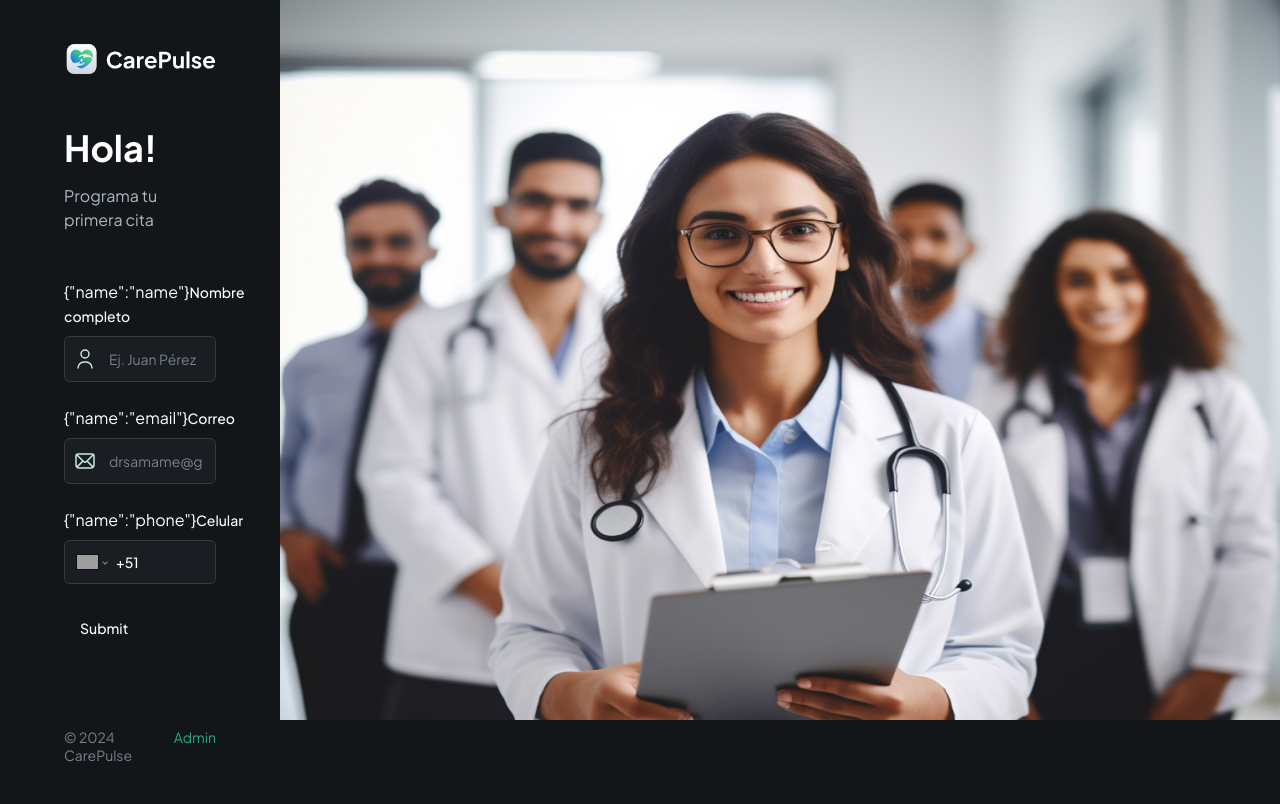
Repository: drsamame/healtcare
Page: /
These files come from the project's save history. The page is drawn as it stood at one moment and after the next save; the edit follows.
The browser window is 1280 px wide. The pictures show the whole page.
Pictures or frames that could not be fetched are drawn as grey boxes. The project was rebuilt for these pictures with package versions that can differ from the ones it lists, and the page was loaded fresh each time. The framework's server and built-in components were replaced by stand-ins that run in the browser. Also part of the build but not shown: next.config.mjs.

Above is the page before, as saved 2024-07-09 17:06:45.

### app/layout.tsx
import type { Metadata } from 'next';
import { Plus_Jakarta_Sans } from 'next/font/google';
import { ThemeProvider } from "@/components/ui/theme-provider"
import './globals.css';

import { cn } from '@/lib/utils';

const fontSans = Plus_Jakarta_Sans({
	subsets: ['latin'],
	weight: ['300', '400', '500', '600', '700'],
	variable: '--font-sans',
});

export const metadata: Metadata = {
	title: 'CarePulse',
	description: 'Un sistema de cuidado de la salud en tiempo real',
};

export default function RootLayout({
	children,
}: Readonly<{
	children: React.ReactNode;
}>) {
	return (
		<html lang="es" suppressHydrationWarning>
			<body
				className={cn(
					'min-h-screen bg-dark-300 font-sans antialiased',
					fontSans.variable
				)}
			>
				<ThemeProvider
					attribute="class"
					defaultTheme="dark"
					enableSystem
					disableTransitionOnChange
				>
					{children}
				</ThemeProvider>
			</body>
		</html>
	);
}

### app/page.tsx
import PatientForm from '@/components/forms/PatientForm';
import Image from 'next/image';
import Link from 'next/link';

export default function Home() {
	return (
		<div className="flex h-screen max-h-screen">
			<section className="remove-scrollbar container my-auto">
				<div className="sub-container max-w-[496px]">
					<Image
						alt="patient"
						src="/assets/icons/logo-full.svg"
						height={1000}
						width={1000}
						className="mb-12 h-10 w-fit"
					></Image>
					<PatientForm />
					<div className="text-14-regular mt-20 flex justify-between">
						<p className="justify-items-end text-dark-600 xl:text-left">
							© 2024 CarePulse{' '}
						</p>
						<Link href="/?admin=true" className="text-green-500">
							Admin
						</Link>
					</div>
				</div>
			</section>

			<Image
				src="/assets/images/onboarding-img.png"
				width={1000}
				height={1000}
				alt="patient"
			></Image>
		</div>
	);
}

### components/forms/PatientForm.tsx
'use client';
import { zodResolver } from '@hookform/resolvers/zod';
import { useForm } from 'react-hook-form';
import { z } from 'zod';
import { Form } from '@/components/ui/form';
import CustomFormField from '../CustomFormField';
import SubmitButton from '../SubmitButton';

export enum FormFieldType {
	INPUT = 'input',
	CHECKBOX = 'checkbox',
	TEXTAREA = 'textarea',
	PHONE = 'phone',
	DATEPICKER = 'datepicker',
	SELECT = 'select',
	SKELETON = 'skeleton',
}

const formSchema = z.object({
	username: z.string().min(2, {
		message: 'Username must be at least 2 characters.',
	}),
});

const PatientForm = () => {
	// 1. Define your form.
	const form = useForm<z.infer<typeof formSchema>>({
		resolver: zodResolver(formSchema),
		defaultValues: {
			username: '',
		},
	});

	// 2. Define a submit handler.
	function onSubmit(values: z.infer<typeof formSchema>) {
		console.log(values);
	}
	return (
		<Form {...form}>
			<form onSubmit={form.handleSubmit(onSubmit)} className="space-y-6 flex-1">
				<section className="mb-12 space-y-4">
					<h1 className="header">Hola!</h1>
					<p className="text-dark-700">Programa tu primera cita</p>
				</section>
				<CustomFormField
					fieldType={FormFieldType.INPUT}
					control={form.control}
					name="name"
					label="Nombre completo"
					placeholder="Ej. Juan Pérez"
					iconSrc="/assets/icons/user.svg"
					iconAlt="user"
				/>
				<CustomFormField
					fieldType={FormFieldType.INPUT}
					control={form.control}
					name="email"
					label="Correo"
					placeholder="drsamame@gmail.com"
					iconSrc="/assets/icons/email.svg"
					iconAlt="email"
				/>
				<CustomFormField
					fieldType={FormFieldType.PHONE}
					control={form.control}
					name="phone"
					label="Celular"
					placeholder="955061182"
					iconSrc="/assets/icons/email.svg"
					iconAlt="email"
				/>
				<SubmitButton />
			</form>
		</Form>
	);
};

export default PatientForm;

### components/ui/form.tsx
"use client"

import * as React from "react"
import * as LabelPrimitive from "@radix-ui/react-label"
import { Slot } from "@radix-ui/react-slot"
import {
  Controller,
  ControllerProps,
  FieldPath,
  FieldValues,
  FormProvider,
  useFormContext,
} from "react-hook-form"

import { cn } from "@/lib/utils"
import { Label } from "@/components/ui/label"

const Form = FormProvider

type FormFieldContextValue<
  TFieldValues extends FieldValues = FieldValues,
  TName extends FieldPath<TFieldValues> = FieldPath<TFieldValues>
> = {
  name: TName
}

const FormFieldContext = React.createContext<FormFieldContextValue>(
  {} as FormFieldContextValue
)

const FormField = <
  TFieldValues extends FieldValues = FieldValues,
  TName extends FieldPath<TFieldValues> = FieldPath<TFieldValues>
>({
  ...props
}: ControllerProps<TFieldValues, TName>) => {
  return (
    <FormFieldContext.Provider value={{ name: props.name }}>
      <Controller {...props} />
    </FormFieldContext.Provider>
  )
}

const useFormField = () => {
  const fieldContext = React.useContext(FormFieldContext)
  const itemContext = React.useContext(FormItemContext)
  const { getFieldState, formState } = useFormContext()

  const fieldState = getFieldState(fieldContext.name, formState)

  if (!fieldContext) {
    throw new Error("useFormField should be used within <FormField>")
  }

  const { id } = itemContext

  return {
    id,
    name: fieldContext.name,
    formItemId: `${id}-form-item`,
    formDescriptionId: `${id}-form-item-description`,
    formMessageId: `${id}-form-item-message`,
    ...fieldState,
  }
}

type FormItemContextValue = {
  id: string
}

const FormItemContext = React.createContext<FormItemContextValue>(
  {} as FormItemContextValue
)

const FormItem = React.forwardRef<
  HTMLDivElement,
  React.HTMLAttributes<HTMLDivElement>
>(({ className, ...props }, ref) => {
  const id = React.useId()

  return (
    <FormItemContext.Provider value={{ id }}>
      <div ref={ref} className={cn("space-y-2", className)} {...props} />
    </FormItemContext.Provider>
  )
})
FormItem.displayName = "FormItem"

const FormLabel = React.forwardRef<
  React.ElementRef<typeof LabelPrimitive.Root>,
  React.ComponentPropsWithoutRef<typeof LabelPrimitive.Root>
>(({ className, ...props }, ref) => {
  const { error, formItemId } = useFormField()

  return (
    <Label
      ref={ref}
      className={cn(error && "text-destructive", className)}
      htmlFor={formItemId}
      {...props}
    />
  )
})
FormLabel.displayName = "FormLabel"

const FormControl = React.forwardRef<
  React.ElementRef<typeof Slot>,
  React.ComponentPropsWithoutRef<typeof Slot>
>(({ ...props }, ref) => {
  const { error, formItemId, formDescriptionId, formMessageId } = useFormField()

  return (
    <Slot
      ref={ref}
      id={formItemId}
      aria-describedby={
        !error
          ? `${formDescriptionId}`
          : `${formDescriptionId} ${formMessageId}`
      }
      aria-invalid={!!error}
      {...props}
    />
  )
})
FormControl.displayName = "FormControl"

const FormDescription = React.forwardRef<
  HTMLParagraphElement,
  React.HTMLAttributes<HTMLParagraphElement>
>(({ className, ...props }, ref) => {
  const { formDescriptionId } = useFormField()

  return (
    <p
      ref={ref}
      id={formDescriptionId}
      className={cn("text-sm text-muted-foreground", className)}
      {...props}
    />
  )
})
FormDescription.displayName = "FormDescription"

const FormMessage = React.forwardRef<
  HTMLParagraphElement,
  React.HTMLAttributes<HTMLParagraphElement>
>(({ className, children, ...props }, ref) => {
  const { error, formMessageId } = useFormField()
  const body = error ? String(error?.message) : children

  if (!body) {
    return null
  }

  return (
    <p
      ref={ref}
      id={formMessageId}
      className={cn("text-sm font-medium text-destructive", className)}
      {...props}
    >
      {body}
    </p>
  )
})
FormMessage.displayName = "FormMessage"

export {
  useFormField,
  Form,
  FormItem,
  FormLabel,
  FormControl,
  FormDescription,
  FormMessage,
  FormField,
}

### components/CustomFormField.tsx
'use client';
import React from 'react';

import {
	FormControl,
	FormDescription,
	FormField,
	FormItem,
	FormLabel,
	FormMessage,
} from '@/components/ui/form';
import { Input } from '@/components/ui/input';
import { Control } from 'react-hook-form';
import { FormFieldType } from './forms/PatientForm';
import Image from 'next/image';
import 'react-phone-number-input/style.css';
import PhoneInput, { type Value } from 'react-phone-number-input';

interface Props {
	control: Control<any>;
	fieldType: FormFieldType;
	name: string;
	label?: string;
	placeholtder?: string;
	iconSrc?: string;
	iconAlt?: string;
	disabled?: boolean;
	dateFormat?: string;
	showTimeSelect?: boolean;
	children?: React.ReactNode;
	placeholder: string;
	renderSkeleton?: (field: any) => React.ReactNode;
}

const RenderField = ({ field, props }: { field: any; props: Props }) => {
	const { fieldType, iconSrc, iconAlt, placeholder } = props;
	switch (fieldType) {
		case FormFieldType.INPUT:
			return (
				<div className="flex rounded-md border border-dark-500 bg-dark-400">
					{iconSrc && (
						<Image
							src={iconSrc}
							height={24}
							alt={iconAlt || 'icon'}
							width={24}
							className="ml-2"
						/>
					)}
					<FormControl>
						<Input
							placeholder={placeholder}
							{...field}
							className="shad-input border-0"
						></Input>
					</FormControl>
				</div>
			);
		case FormFieldType.PHONE:
			return (
				<FormControl>
					<PhoneInput
						placeholder={placeholder}
						defaultCountry="PE"
						international
						withCountryCallingCode
						value={field.value as Value | undefined}
						onChange={field.onChange}
						className="input-phone"
					/>
				</FormControl>
			);
		default:
			break;
	}
	return <Input type="text" placeholder="Ej. Juan Pérez" />;
};

function CustomFormField(props: Props) {
	const { control, fieldType, name, label } = props;
	return (
		<FormField
			control={control}
			name={name}
			render={({ field }) => (
				<FormItem>
					{JSON.stringify(field)}
					{fieldType !== FormFieldType.CHECKBOX && label && (
						<FormLabel htmlFor={name}>{label}</FormLabel>
					)}
					<RenderField field={field} props={props}></RenderField>
					<FormMessage className="shad-error" />
				</FormItem>
			)}
		/>
	);
}

export default CustomFormField;

### components/SubmitButton.tsx
import React from 'react';
import { Button } from '@/components/ui/button';

interface Props {
	isLoading: boolean;
	className?: string;
	children: React.ReactNode;
}

function SubmitButton({ isLoading, className, children }: Props) {
	return (
		<Button type="submit" disabled={isLoading} className={className}>
			Submit
		</Button>
	);
}

export default SubmitButton;

### components/ui/label.tsx
"use client"

import * as React from "react"
import * as LabelPrimitive from "@radix-ui/react-label"
import { cva, type VariantProps } from "class-variance-authority"

import { cn } from "@/lib/utils"

const labelVariants = cva(
  "text-sm font-medium leading-none peer-disabled:cursor-not-allowed peer-disabled:opacity-70"
)

const Label = React.forwardRef<
  React.ElementRef<typeof LabelPrimitive.Root>,
  React.ComponentPropsWithoutRef<typeof LabelPrimitive.Root> &
    VariantProps<typeof labelVariants>
>(({ className, ...props }, ref) => (
  <LabelPrimitive.Root
    ref={ref}
    className={cn(labelVariants(), className)}
    {...props}
  />
))
Label.displayName = LabelPrimitive.Root.displayName

export { Label }

### components/ui/input.tsx
import * as React from "react"

import { cn } from "@/lib/utils"

export interface InputProps
  extends React.InputHTMLAttributes<HTMLInputElement> {}

const Input = React.forwardRef<HTMLInputElement, InputProps>(
  ({ className, type, ...props }, ref) => {
    return (
      <input
        type={type}
        className={cn(
          "flex h-10 w-full rounded-md border border-input bg-background px-3 py-2 text-sm ring-offset-background file:border-0 file:bg-transparent file:text-sm file:font-medium placeholder:text-muted-foreground focus-visible:outline-none focus-visible:ring-2 focus-visible:ring-ring focus-visible:ring-offset-2 disabled:cursor-not-allowed disabled:opacity-50",
          className
        )}
        ref={ref}
        {...props}
      />
    )
  }
)
Input.displayName = "Input"

export { Input }

### components/ui/button.tsx
import * as React from "react"
import { Slot } from "@radix-ui/react-slot"
import { cva, type VariantProps } from "class-variance-authority"

import { cn } from "@/lib/utils"

const buttonVariants = cva(
  "inline-flex items-center justify-center whitespace-nowrap rounded-md text-sm font-medium ring-offset-background transition-colors focus-visible:outline-none focus-visible:ring-2 focus-visible:ring-ring focus-visible:ring-offset-2 disabled:pointer-events-none disabled:opacity-50",
  {
    variants: {
      variant: {
        default: "bg-primary text-primary-foreground hover:bg-primary/90",
        destructive:
          "bg-destructive text-destructive-foreground hover:bg-destructive/90",
        outline:
          "border border-input bg-background hover:bg-accent hover:text-accent-foreground",
        secondary:
          "bg-secondary text-secondary-foreground hover:bg-secondary/80",
        ghost: "hover:bg-accent hover:text-accent-foreground",
        link: "text-primary underline-offset-4 hover:underline",
      },
      size: {
        default: "h-10 px-4 py-2",
        sm: "h-9 rounded-md px-3",
        lg: "h-11 rounded-md px-8",
        icon: "h-10 w-10",
      },
    },
    defaultVariants: {
      variant: "default",
      size: "default",
    },
  }
)

export interface ButtonProps
  extends React.ButtonHTMLAttributes<HTMLButtonElement>,
    VariantProps<typeof buttonVariants> {
  asChild?: boolean
}

const Button = React.forwardRef<HTMLButtonElement, ButtonProps>(
  ({ className, variant, size, asChild = false, ...props }, ref) => {
    const Comp = asChild ? Slot : "button"
    return (
      <Comp
        className={cn(buttonVariants({ variant, size, className }))}
        ref={ref}
        {...props}
      />
    )
  }
)
Button.displayName = "Button"

export { Button, buttonVariants }

### tailwind.config.ts
import type { Config } from "tailwindcss";

const { fontFamily } = require("tailwindcss/defaultTheme");

const config = {
  darkMode: ["class"],
  content: [
    "./pages/**/*.{ts,tsx}",
    "./components/**/*.{ts,tsx}",
    "./app/**/*.{ts,tsx}",
    "./src/**/*.{ts,tsx}",
  ],
  prefix: "",
  theme: {
    container: {
      center: true,
      padding: "2rem",
      screens: {
        "2xl": "1400px",
      },
    },
    extend: {
      colors: {
        green: {
          500: "#24AE7C",
          600: "#0D2A1F",
        },
        blue: {
          500: "#79B5EC",
          600: "#152432",
        },
        red: {
          500: "#F37877",
          600: "#3E1716",
          700: "#F24E43",
        },
        light: {
          200: "#E8E9E9",
        },
        dark: {
          200: "#0D0F10",
          300: "#131619",
          400: "#1A1D21",
          500: "#363A3D",
          600: "#76828D",
          700: "#ABB8C4",
        },
      },
      fontFamily: {
        sans: ["var(--font-sans)", ...fontFamily.sans],
      },
      backgroundImage: {
        appointments: "url('/assets/images/appointments-bg.png')",
        pending: "url('/assets/images/pending-bg.png')",
        cancelled: "url('/assets/images/cancelled-bg.png')",
      },
      keyframes: {
        "accordion-down": {
          from: { height: "0" },
          to: { height: "var(--radix-accordion-content-height)" },
        },
        "accordion-up": {
          from: { height: "var(--radix-accordion-content-height)" },
          to: { height: "0" },
        },
        "caret-blink": {
          "0%,70%,100%": { opacity: "1" },
          "20%,50%": { opacity: "0" },
        },
      },
      animation: {
        "accordion-down": "accordion-down 0.2s ease-out",
        "accordion-up": "accordion-up 0.2s ease-out",
        "caret-blink": "caret-blink 1.25s ease-out infinite",
      },
    },
  },
  plugins: [require("tailwindcss-animate")],
} satisfies Config;

export default config;

Loaded but not shown: components/ui/theme-provider.tsx (common file); app/globals.css (common file); lib/utils.ts (common file)

After the next save:
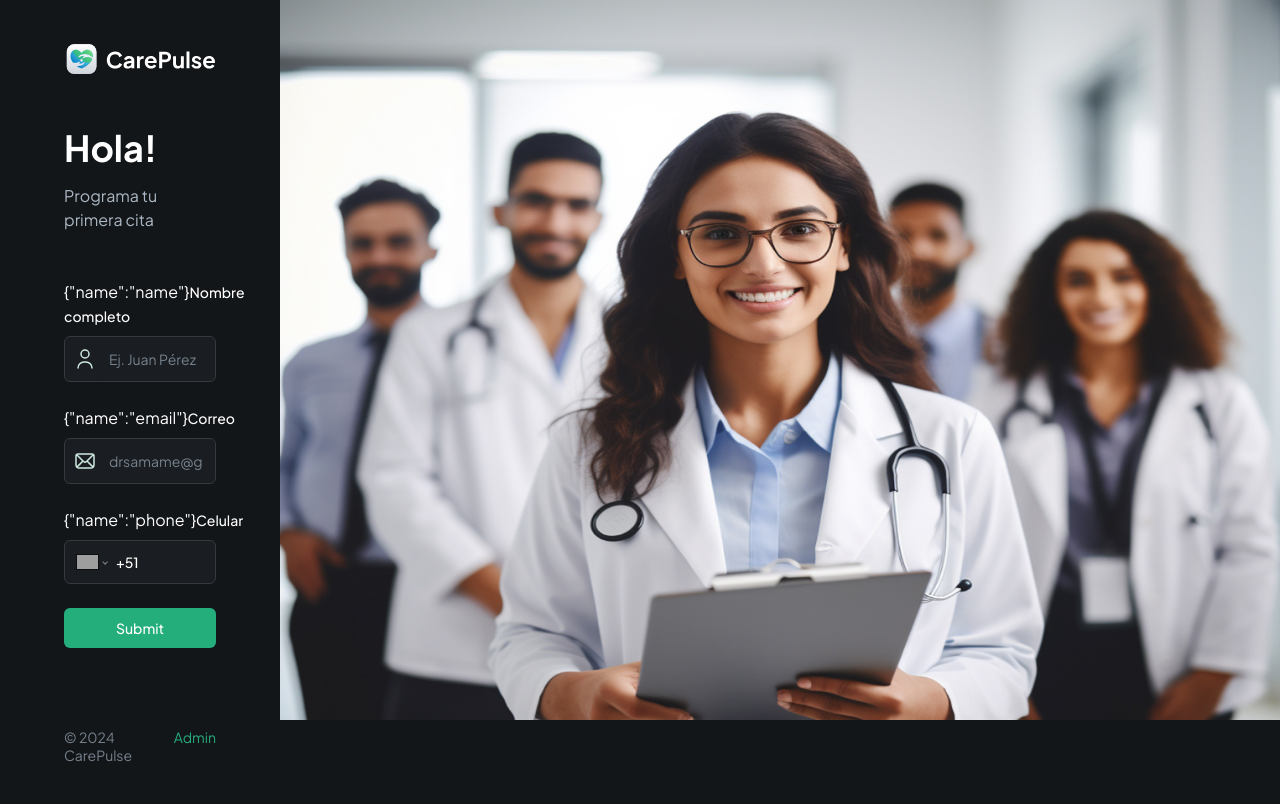
Saved 18 s later.
--- a/components/SubmitButton.tsx
+++ b/components/SubmitButton.tsx
@@ -9,7 +9,11 @@ interface Props {
 
 function SubmitButton({ isLoading, className, children }: Props) {
 	return (
-		<Button type="submit" disabled={isLoading} className={className}>
+		<Button
+			type="submit"
+			disabled={isLoading}
+			className={className ?? 'shad-primary-btn w-full'}
+		>
 			Submit
 		</Button>
 	);
